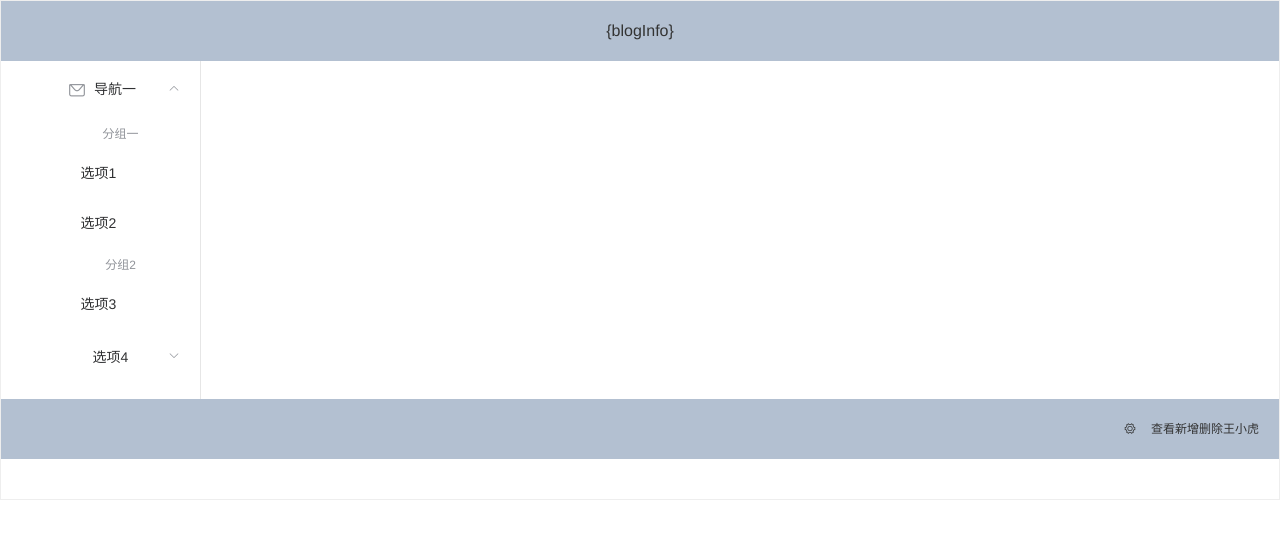
Repository: 550406066/blog
Page: / (app in blog/)
The author's editor kept a copy of each file at every save. The page is drawn from the files as they stood at one save, then again after the next save.
The browser window is 1280 px wide. The pictures show the whole page.
The project was rebuilt for these pictures with package versions that can differ from the ones it lists, and the page was loaded fresh each time.

Above is the page before, as saved 2018-12-08 10:12:17.

### blog/index.html
<!DOCTYPE html>
<html>
  <head>
    <meta charset="utf-8">
    <meta name="viewport" content="width=device-width,initial-scale=1.0">
    <title>blog</title>
  </head>
  <style>
    body{
      margin: 0;
      padding: 0;
    }
  </style>
  <body>
    <div id="app"></div>
    <!-- built files will be auto injected -->
  </body>
</html>

### blog/src/main.js
// The Vue build version to load with the `import` command
// (runtime-only or standalone) has been set in webpack.base.conf with an alias.
import Vue from 'vue'
import App from './App'
import router from './router'
import { Button, Select, Container, Header, Aside, Main,
  Footer, Menu, MenuItem, MenuItemGroup, Submenu, Table, Scrollbar } from 'element-ui'
import 'element-ui/lib/theme-chalk/index.css'

Vue.config.productionTip = false
Vue.use(Button).use(Container).use(Header).use(Aside).use(Main).use(Footer).use(Menu).use(MenuItem).use(Scrollbar)
  .use(MenuItemGroup).use(Submenu).use(Table).use(Select)
/* eslint-disable no-new */
new Vue({
  el: '#app',
  router,
  components: { App },
  template: '<App/>'
})

### blog/src/App.vue
<template>
  <div id="app">
    <router-view/>
  </div>
</template>

<script>
export default {
  name: 'App'
}
</script>

<style>
#app {
  font-family: 'Avenir', Helvetica, Arial, sans-serif;
  -webkit-font-smoothing: antialiased;
  -moz-osx-font-smoothing: grayscale;
  text-align: center;
  color: #2c3e50;
  margin: 0
}
</style>

### blog/src/components/HelloWorld.vue
<template>
  <el-container style="height: 500px; border: 1px solid #eee">
    <el-header>{blogInfo}</el-header>
     <el-scrollbar style="100%">
  <el-aside width="200px" style="background-color: rgb(238, 241, 246)">

    <el-menu :default-openeds="['1', '3']">
      <el-submenu index="1">
        <template slot="title"><i class="el-icon-message"></i>导航一</template>
        <el-menu-item-group>
          <template slot="title">分组一</template>
          <el-menu-item index="1-1">选项1</el-menu-item>
          <el-menu-item index="1-2">选项2</el-menu-item>
        </el-menu-item-group>
        <el-menu-item-group title="分组2">
          <el-menu-item index="1-3">选项3</el-menu-item>
        </el-menu-item-group>
        <el-submenu index="1-4">
          <template slot="title">选项4</template>
          <el-menu-item index="1-4-1">选项4-1</el-menu-item>
        </el-submenu>
      </el-submenu>
      <el-submenu index="2">
        <template slot="title"><i class="el-icon-menu"></i>导航二</template>
        <el-menu-item-group>
          <template slot="title">分组一</template>
          <el-menu-item index="2-1">选项1</el-menu-item>
          <el-menu-item index="2-2">选项2</el-menu-item>
        </el-menu-item-group>
        <el-menu-item-group title="分组2">
          <el-menu-item index="2-3">选项3</el-menu-item>
        </el-menu-item-group>
        <el-submenu index="2-4">
          <template slot="title">选项4</template>
          <el-menu-item index="2-4-1">选项4-1</el-menu-item>
        </el-submenu>
      </el-submenu>
      <el-submenu index="3">
        <template slot="title"><i class="el-icon-setting"></i>导航三</template>
        <el-menu-item-group>
          <template slot="title">分组一</template>
          <el-menu-item index="3-1">选项1</el-menu-item>
          <el-menu-item index="3-2">选项2</el-menu-item>
        </el-menu-item-group>
        <el-menu-item-group title="分组2">
          <el-menu-item index="3-3">选项3</el-menu-item>
        </el-menu-item-group>
        <el-submenu index="3-4">
          <template slot="title">选项4</template>
          <el-menu-item index="3-4-1">选项4-1</el-menu-item>
        </el-submenu>
      </el-submenu>
    </el-menu>

  </el-aside>
          </el-scrollbar>
  <el-container>
    <el-header style="text-align: right; font-size: 12px">
      <el-dropdown>
        <i class="el-icon-setting" style="margin-right: 15px"></i>
        <el-dropdown-menu slot="dropdown">
          <el-dropdown-item>查看</el-dropdown-item>
          <el-dropdown-item>新增</el-dropdown-item>
          <el-dropdown-item>删除</el-dropdown-item>
        </el-dropdown-menu>
      </el-dropdown>
      <span>王小虎</span>
    </el-header>

    <el-main>

    </el-main>
  </el-container>
</el-container>
</template>

<script>
import { Button, Select } from 'element-ui';
export default {
  name: 'HelloWorld',
  data() {
    blogInfo:'默然回首的博客'
  }
}
</script>


<style>
  @import './../static/css/global.scss'; /*引入公共样式*/

</style>

### blog/src/static/css/global.scss
.el-header {
  background-color:#B3C0D1;
  color: #333;
  line-height: 60px;
}
.el-scrollbar__wrap {
   overflow-x: hidden;
}

.el-aside {
  color: #333;
}

Loaded but not shown: blog/src/router/index.js (common file)

After the next save:
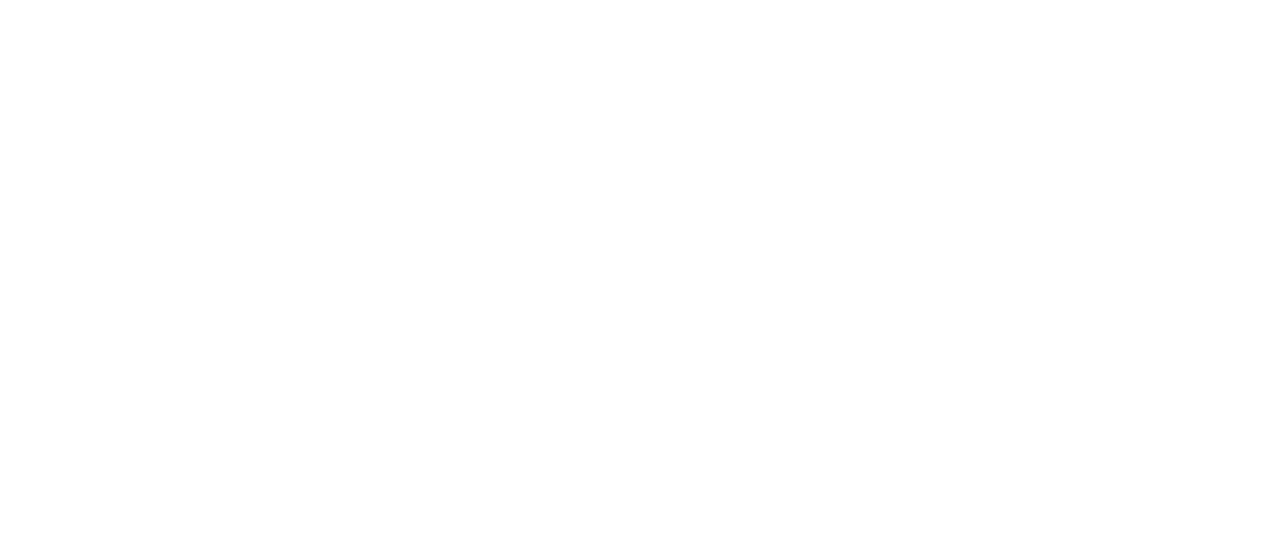
Saved 15 s later.
--- a/blog/src/components/HelloWorld.vue
+++ b/blog/src/components/HelloWorld.vue
@@ -1,6 +1,6 @@
 <template>
   <el-container style="height: 500px; border: 1px solid #eee">
-    <el-header>{blogInfo}</el-header>
+    <el-header>{{blogInfo}}</el-header>
      <el-scrollbar style="100%">
   <el-aside width="200px" style="background-color: rgb(238, 241, 246)">
 

After the save that followed:
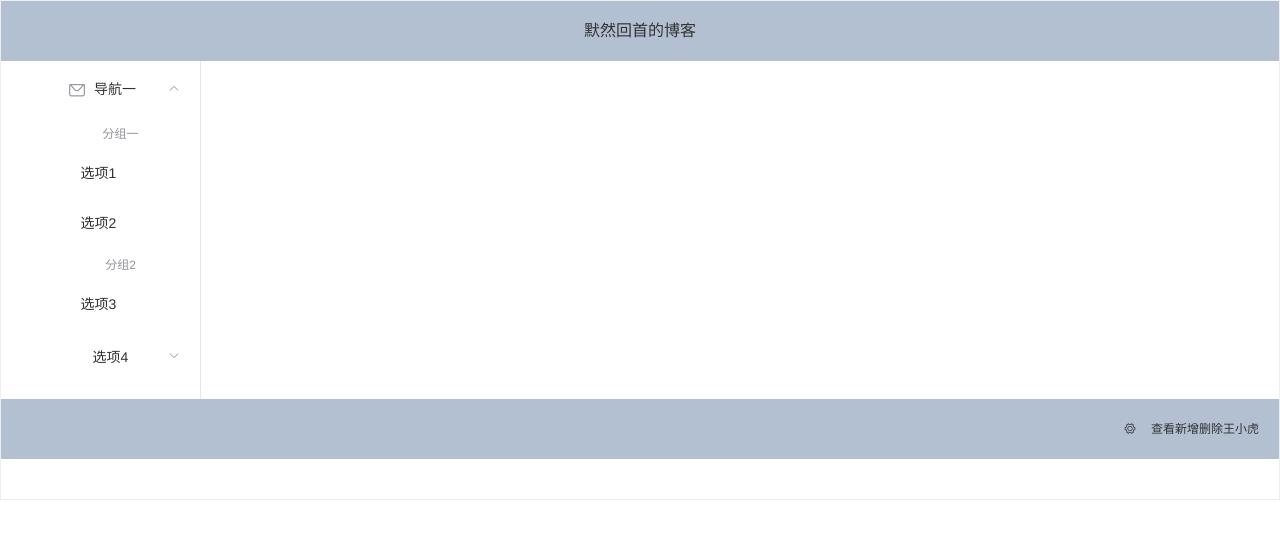
Saved 95 s later.
--- a/blog/src/components/HelloWorld.vue
+++ b/blog/src/components/HelloWorld.vue
@@ -79,7 +79,10 @@
 export default {
   name: 'HelloWorld',
   data() {
-    blogInfo:'默然回首的博客'
+    return{
+  blogInfo:'默然回首的博客'
+    }
+
   }
 }
 </script>
